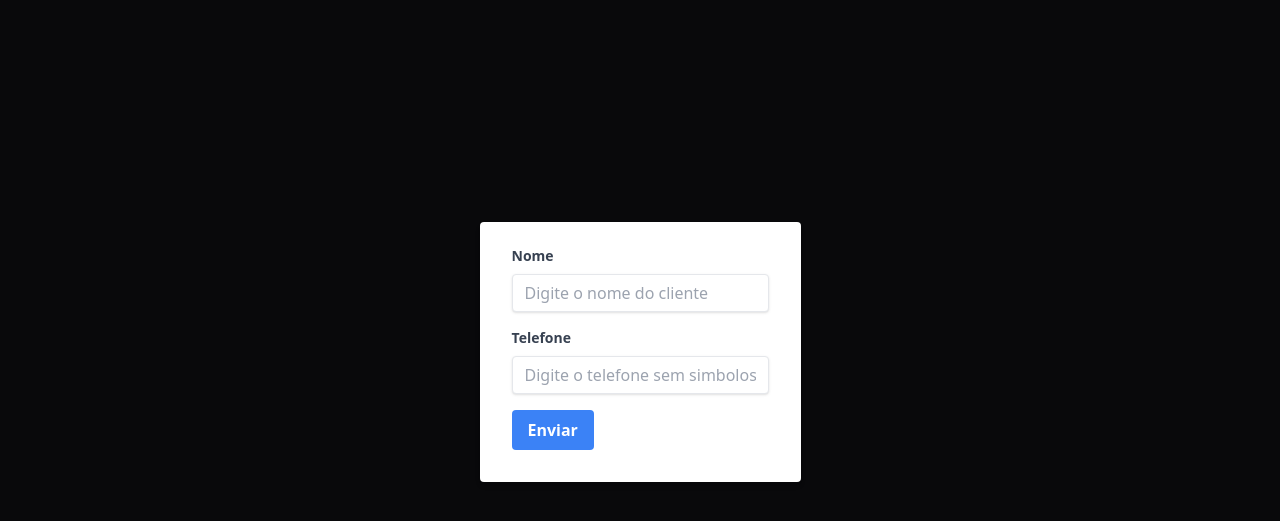
Repository: Gstxxx/sales-manager-laravel
Page: http://localhost/
An editor plug-in stored every save of this project. The page is shown before and after the next save, followed by the edit.
The browser window is 1280 px wide. The pictures show the whole page.
The page is served by the project's Laravel application, run on PHP 8.4 with Laravel 12. Other server files are loaded and not shown. Style sheets and scripts are compiled from the project's sources, by tool versions that may differ from the author's.

Above is the page before, as saved 2024-06-09 03:12:55.

### routes/web.php
<?php

use Illuminate\Support\Facades\Route;
use App\Http\Controllers\ClientController;

Route::get('/', function () {
    return view('home');
})->name('home');

Route::post('/addClient', [ClientController::class, 'addClient'])->name('addClient');

### resources/views/home.blade.php
<!doctype html>
<html>

<head>
    <meta charset="UTF-8">
    <meta name="viewport" content="width=device-width, initial-scale=1.0">
    <title>Sales Manager</title>
    @vite('resources/css/app.css')
</head>

<body>
    <div class="bg-zinc-950 flex flex-col items-center justify-center min-h-screen">
        <form action="{{ route('addClient') }}" method="POST" class="bg-white shadow-md rounded px-8 pt-6 pb-8 mb-4">
            @csrf
            <div class="mb-4">
                <div class="mb-4">
                    <label class="block text-gray-700 text-sm font-bold mb-2" for="number-client">
                        Nome
                    </label>
                    <input
                        class="shadow appearance-none border rounded w-full py-2 px-3 text-gray-700 leading-tight focus:outline-none focus:shadow-outline"
                        type="text" name="name-client" id="name-client" placeholder="Digite o nome do cliente">
                </div>
                <div class="mb-4">
                    <label class="block text-gray-700 text-sm font-bold mb-2" for="number-client">
                        Telefone
                    </label>
                    <input
                        class="shadow appearance-none border rounded w-full py-2 px-3 text-gray-700 leading-tight focus:outline-none focus:shadow-outline"
                        id="number-client" name="number-client" type="text"
                        placeholder="Digite o telefone sem simbolos ou espaços">
                </div>
            </div>

            <div class="flex items-center justify-between">
                <button
                    class="bg-blue-500 hover:bg-blue-700 text-white font-bold py-2 px-4 rounded focus:outline-none focus:shadow-outline"
                    type="submit">
                    Enviar
                </button>
            </div>
        </form>
    </div>
</body>

</html>

Loaded but not shown: resources/css/app.css (common file); tailwind.config.js (common file)

After the next save:
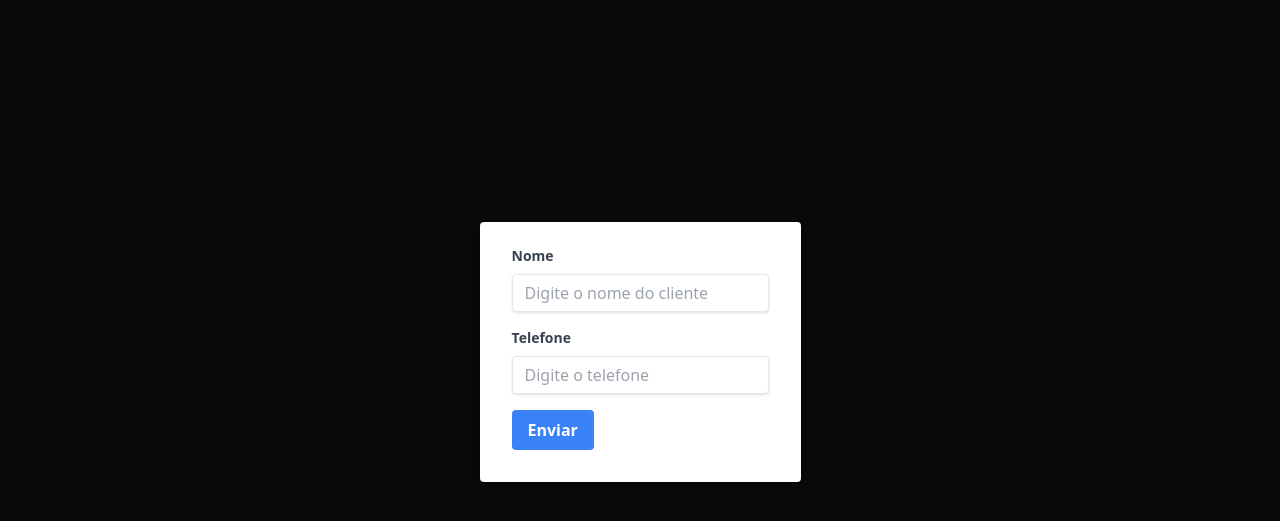
Saved 35 s later.
--- a/resources/views/home.blade.php
+++ b/resources/views/home.blade.php
@@ -27,8 +27,7 @@
                     </label>
                     <input
                         class="shadow appearance-none border rounded w-full py-2 px-3 text-gray-700 leading-tight focus:outline-none focus:shadow-outline"
-                        id="number-client" name="number-client" type="text"
-                        placeholder="Digite o telefone sem simbolos ou espaços">
+                        id="number-client" name="number-client" type="text" placeholder="Digite o telefone">
                 </div>
             </div>
 
